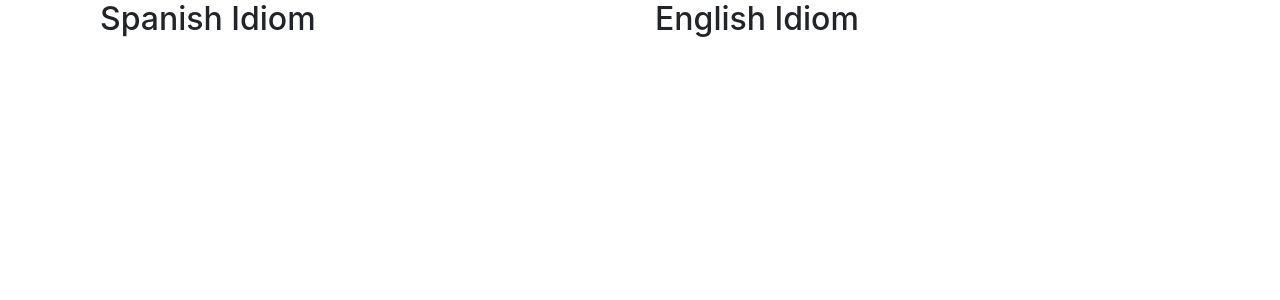
Repository: JK27/idioms-english-spanish
Page: http://localhost/
The author's editor kept a record of every edit. The page is drawn from the files as they stood at one moment, then again after the next edit.
The browser window is 1280 px wide. The pictures show the whole page.
The page is served by the project's application, run on Flask 3 (idioms.py). Queries for data that is not in the repository find no rows.

Above is the page before.
Console error: TypeError: Cannot read properties of undefined (reading 'fn')

### templates/idioms.html
{% extends "base.html" %} {% block content %}

<div class="row">
    <div class="col-6">
        <h2>Spanish Idiom</h2>
    </div>
    <div class="col-6">
        <h2>English Idiom</h2>
    </div>
</div>
{% for idiom in idioms %}

<div class="row">
    <div class="card col-5">
        <div class="card-body">
            <h5 class="card-title">"{{idiom.spanish_idiom}}"</h5>
            <p class="card-text"> {{idiom.english_literal}}</p>
            <p class="card-text">{{idiom.english_meaning}}</p>
        </div>
    </div>
    <div class="col-1"></div>

    <div class="card col-5">
        <div class="card-body">
            <h5 class="card-title">"{{idiom.english_idiom}}"</h5>
            <p class="card-text">{{idiom.spanish_literal}}</p>
            <p class="card-text">{{idiom.spanish_meaning}}</p>
        </div>
    </div>

</div>

{% endfor %} {% endblock %}

### templates/base.html
<!DOCTYPE html>
<html lang="en">

<head>
    <meta charset="UTF-8">
    <meta name="viewport" content="width=device-width, initial-scale=1.0">
    <meta http-equiv="X-UA-Compatible" content="ie=edge">

    <link href="https://stackpath.bootstrapcdn.com/bootstrap/4.3.1/css/bootstrap.min.css" rel="stylesheet" integrity="sha384-ggOyR0iXCbMQv3Xipma34MD+dH/1fQ784/j6cY/iJTQUOhcWr7x9JvoRxT2MZw1T" crossorigin="anonymous">
    <link rel="stylesheet" href="{{url_for('static', filename='css/style.css')}}" type="text/css" />


    <script src="https://stackpath.bootstrapcdn.com/bootstrap/4.3.1/js/bootstrap.min.js" integrity="sha384-JjSmVgyd0p3pXB1rRibZUAYoIIy6OrQ6VrjIEaFf/nJGzIxFDsf4x0xIM+B07jRM" crossorigin="anonymous"></script>


    <title>Idioms English - Spanish</title>
</head>

<body>
    <div class="container">

        <!--<div class="card-deck">-->
          {% block content %}  {% endblock %}
        <!--</div>-->

    </div>
</body>

</html>

### idioms.py
import os
from flask import Flask, render_template, redirect, request, url_for
from flask_pymongo import PyMongo
from bson.objectid import ObjectId

app = Flask(__name__)

app.config["MONGO_DBNAME"] = "idioms-and-proverbs"
app.config["MONGO_URI"] = "mongodb+srv://jk27:07diciembre18@cluster0-9pga0.mongodb.net/idioms-and-proverbs?retryWrites=true&w=majority"

mongo = PyMongo(app)

@app.route("/")
@app.route("/get_idioms")
def get_idioms():
    return render_template("idioms.html", idioms=mongo.db.idioms.find())

if __name__ == "__main__":
    app.run(host=os.environ.get("IP"),
            port=int(os.environ.get("PORT")),
            debug=True)

### static/css/style.css
.row {
    margin-right: 0px;
    margin-left: 0px;
}

.card {
    margin-right: 10px;
    margin-bottom: 15px;
    margin-left: 25px;
}

After the next edit:
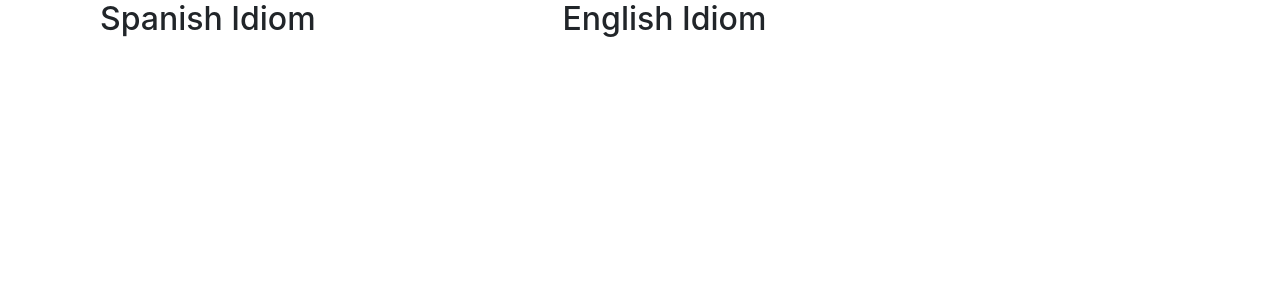
The edit:
--- a/templates/idioms.html
+++ b/templates/idioms.html
@@ -1,7 +1,7 @@
 {% extends "base.html" %} {% block content %}
 
 <div class="row">
-    <div class="col-6">
+    <div class="col-5">
         <h2>Spanish Idiom</h2>
     </div>
     <div class="col-6">

After the edit that followed:
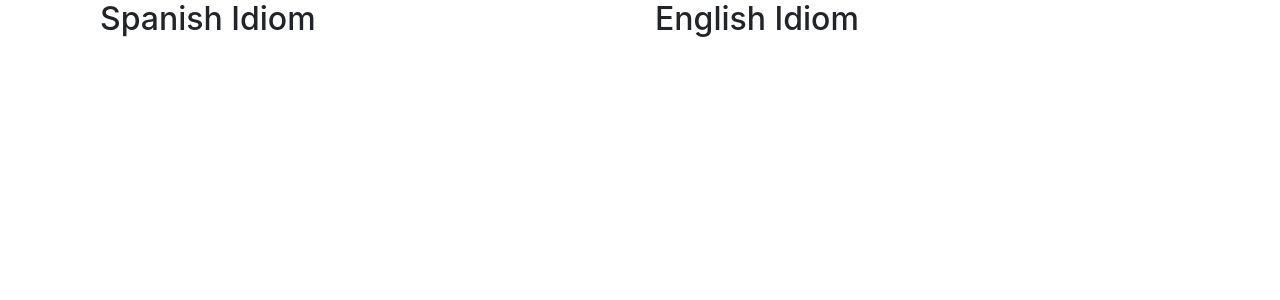
The edit:
--- a/templates/idioms.html
+++ b/templates/idioms.html
@@ -4,7 +4,8 @@
     <div class="col-5">
         <h2>Spanish Idiom</h2>
     </div>
-    <div class="col-6">
+    <div class="col-1"></div>
+    <div class="col-5">
         <h2>English Idiom</h2>
     </div>
 </div>
